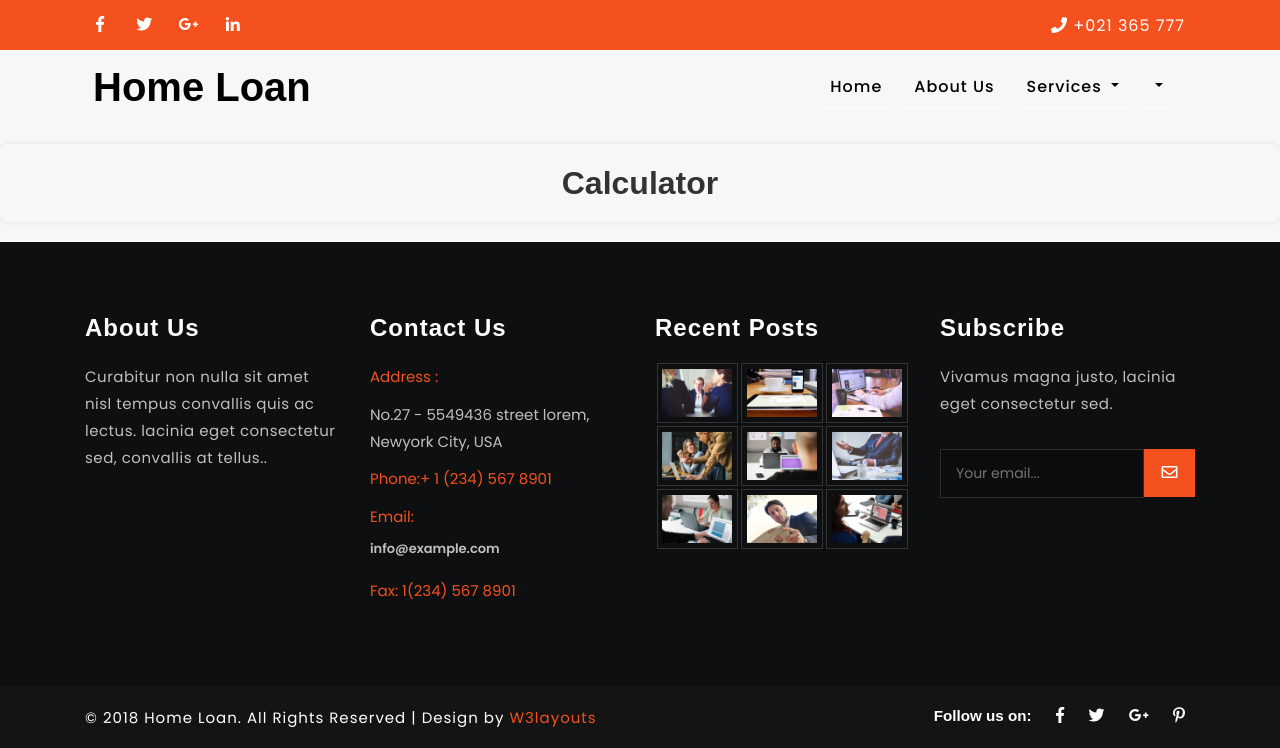
Repository: 72-faisal/Spring-MVC-project
Page: http://localhost/HomeLoan/WEB-INF/views/homeLoanEMI.jsp
These files come from the project's save history. The page is drawn as it stood at one moment and after the next save; the edit follows.
The browser window is 1280 px wide. The pictures show the whole page.
Some web fonts or font styles are not loaded; a fallback is used. The page is served by Tomcat 9. Nobody is signed in. The template is opened directly, without the code that normally fills it, so the values that code supplies are empty.

Above is the page before, as saved 2024-01-13 11:56:03.

After the next save:
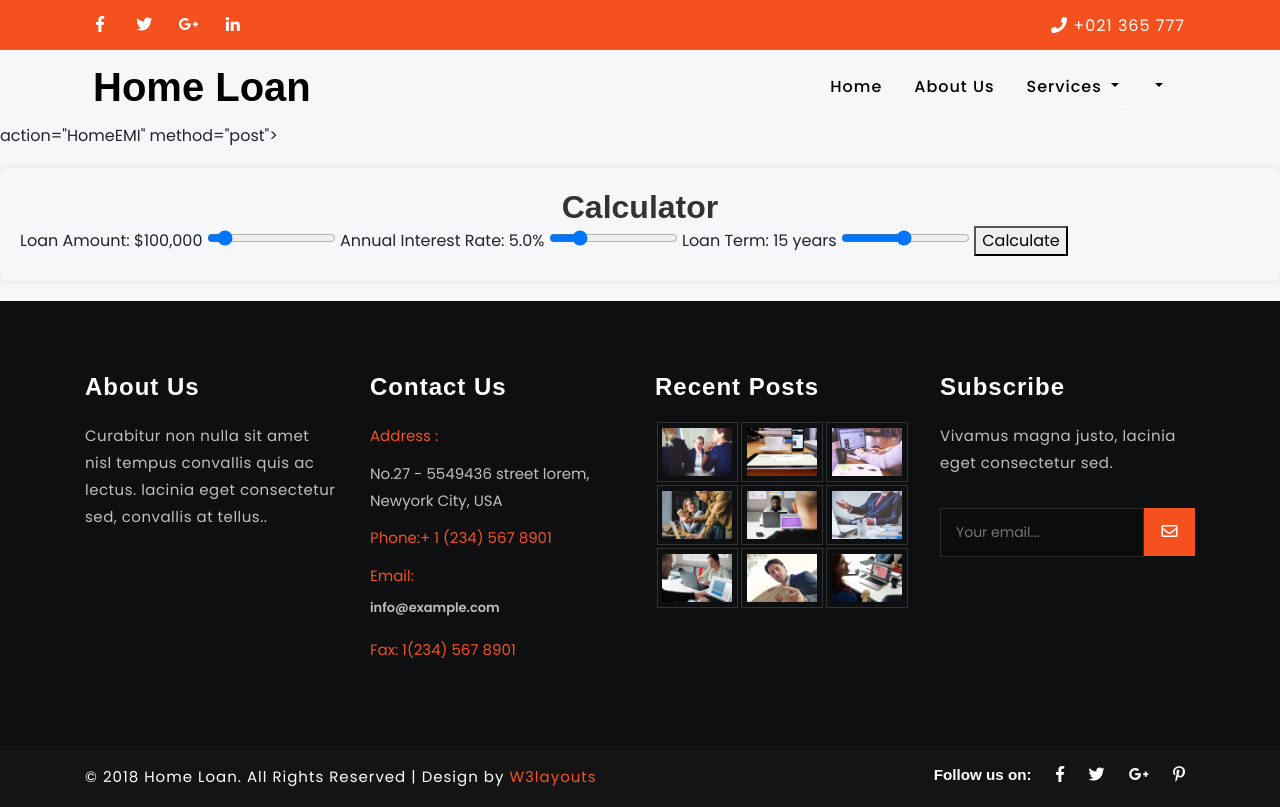
Saved 31 s later.
--- a/HomeLoan/src/main/webapp/WEB-INF/views/homeLoanEMI.jsp
+++ b/HomeLoan/src/main/webapp/WEB-INF/views/homeLoanEMI.jsp
@@ -204,13 +204,25 @@ SmartPhone Compatible web template, free WebDesigns for Nokia, Samsung, LG, Sony
 	<!-- //header -->
 
 	<!-- Apply Online Section -->
-	<form action="HomeEMI" method="post">
+	<form id="loanForm"> action="HomeEMI" method="post">
 		<div
 			class="apply-online resp-tab-content hor_1 resp-tab-content-active"
 			aria-labelledby="hor_1_tab_item-2" style="display: block">
 			<h2 style="text-align: center">
 				<span >Calculator</span>
 			</h2>
+
+            <label for="loanAmount">Loan Amount: $<span id="loanAmountValue">100,000</span></label>
+            <input type="range" id="loanAmount" name="loanAmount" min="10000" max="1000000" step="1000" value="100000">
+
+            <label for="interestRate">Annual Interest Rate: <span id="interestRateValue">5.0</span>%</label>
+            <input type="range" id="interestRate" name="interestRate" min="1" max="20" step="0.1" value="5.0">
+
+            <label for="loanTerm">Loan Term: <span id="loanTermValue">15</span> years</label>
+            <input type="range" id="loanTerm" name="loanTerm" min="1" max="30" step="1" value="15">
+
+            <button type="button" onclick="calculateLoan()">Calculate</button>
+        </form>
 
 			<!-- <p>&nbsp;</p>
 		<p>&nbsp;</p> -->
